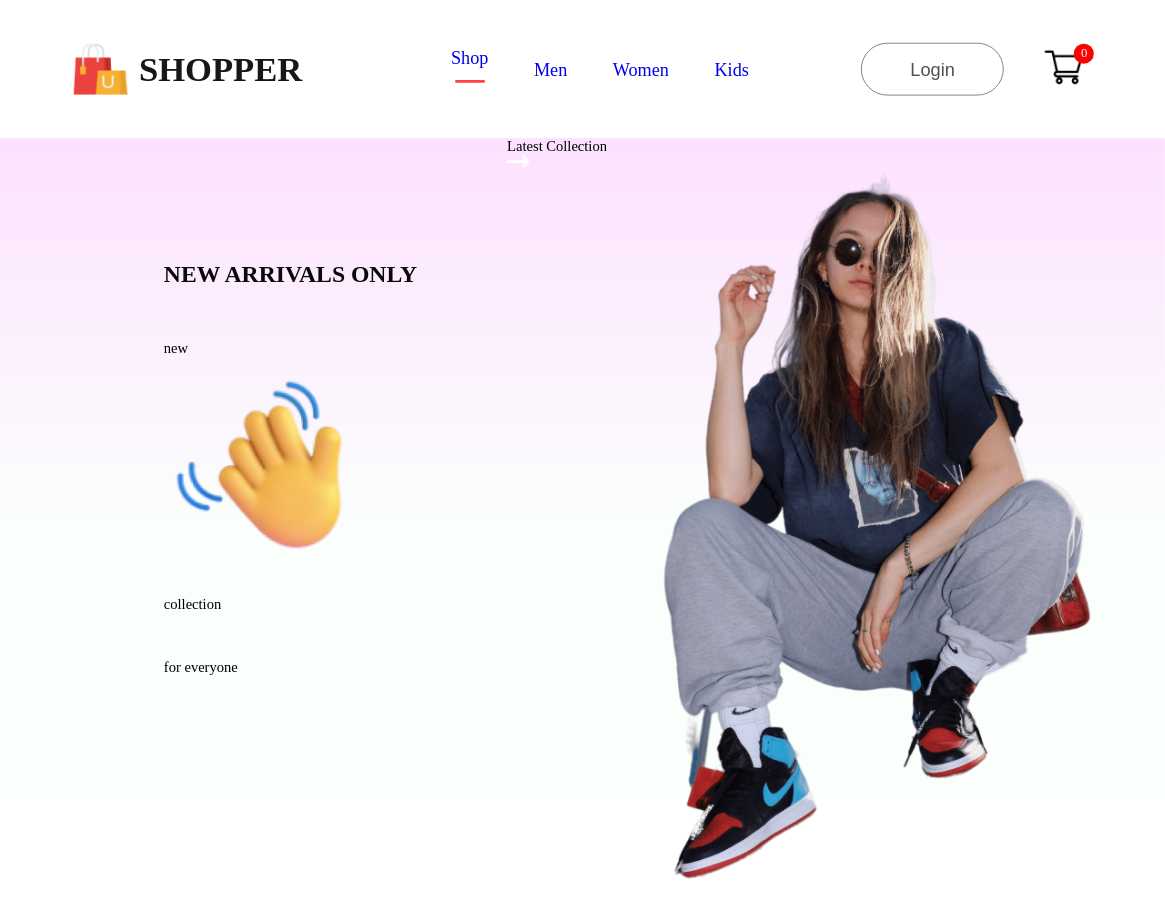
Repository: Ego-Wolf/Deploy-Reactjs-Websites
Page: /
These files come from the project's save history. The page is drawn as it stood at one moment and after the next save; the edit follows.
The browser window is 1280 px wide. The pictures show the whole page, at 91% of full size.
The project was rebuilt for these pictures with package versions that can differ from the ones it lists, and the page was loaded fresh each time. Also part of the build but not shown: src/App.css, src/Pages/ShopCategory.jsx, src/Pages/Product.jsx, src/Pages/LoginSignup.jsx. Imported but missing from the stored project, and not drawn on this page: src/Pages/Cart.

Above is the page before, as saved 2023-11-17 19:26:54.

### public/index.html
<!DOCTYPE html>
<html lang="en">
  <head>
    <meta charset="utf-8" />
    <link rel="icon" href="%PUBLIC_URL%/favicon.ico" />
    <meta name="viewport" content="width=device-width, initial-scale=1" />
    <meta name="theme-color" content="#000000" />
    <meta
      name="description"
      content="Web site created using create-react-app"
    />
    <link rel="apple-touch-icon" href="%PUBLIC_URL%/logo192.png" />
    <!--
      manifest.json provides metadata used when your web app is installed on a
      user's mobile device or desktop. See https://developers.google.com/web/fundamentals/web-app-manifest/
    -->
    <link rel="manifest" href="%PUBLIC_URL%/manifest.json" />

    <!--
      Notice the use of %PUBLIC_URL% in the tags above.
      It will be replaced with the URL of the `public` folder during the build.
      Only files inside the `public` folder can be referenced from the HTML.

      Unlike "/favicon.ico" or "favicon.ico", "%PUBLIC_URL%/favicon.ico" will
      work correctly both with client-side routing and a non-root public URL.
      Learn how to configure a non-root public URL by running `npm run build`.
    -->
    <title>E-Commerce</title>
  </head>
  <body>
    <noscript>You need to enable JavaScript to run this app.</noscript>
    <div id="root"></div>
    <!--
      This HTML file is a template.
      If you open it directly in the browser, you will see an empty page.

      You can add webfonts, meta tags, or analytics to this file.
      The build step will place the bundled scripts into the <body> tag.

      To begin the development, run `npm start` or `yarn start`.
      To create a production bundle, use `npm run build` or `yarn build`.
    -->
  </body>
</html>

### src/App.js
import './App.css';
import { Navbar } from './Components/Navbar/Navbar';
import { BrowserRouter, Routes, Route } from 'react-router-dom';
import Shop from './Pages/Shop';
import ShopCategory  from './Pages/ShopCategory';
import Product from './Pages/Product';
import Cart from './Pages/Cart';
import LoginSignup from './Pages/LoginSignup';


function App() {
  return (
    <div>
      <BrowserRouter>
      <Navbar/>
      <Routes>
        <Route path='/' element={<Shop/>}/>
        <Route path='/mens' element={<ShopCategory category="mens"/>}/>
        <Route path='/womens' element={<ShopCategory category="women"/>}/>
        <Route path='/kids' element={<ShopCategory category="kids"/>}/>
        <Route path="product" element={<Product/>}>
          <Route path='"productId' element={<Product/>}/>
        </Route>
        <Route path='/cart' element={<Cart/>}/>
        <Route path='/login' element={<LoginSignup/>}/>

      </Routes>
      </BrowserRouter>
    </div>
  );
}

export default App;

### src/Components/Navbar/Navbar.jsx
import React, {useState} from 'react'
import './Navbar.css'
import logo from '../Assets/logo.png'
import cart_icon from '../Assets/cart_icon.png'
import { Link } from 'react-router-dom'

export const Navbar = () => {
    const [menu,setMenu] = useState("shop");

  return (
    <div className='navbar'>
        <div className="nav-logo">
            <img src={logo} alt="" />
            <p>SHOPPER</p>
        </div>
        <ul className="nav-menu">
            <li onClick={()=>{setMenu("shop")}}><Link style={{textDecoration: 'none'}} to='/'>Shop</Link>{menu==="shop"?<hr/>:<></>}</li>
            <li onClick={()=>{setMenu("mens")}}><Link style={{textDecoration: 'none'}} to='/mens'>Men</Link>{menu==="mens"?<hr/>:<></>}</li>
            <li onClick={()=>{setMenu("womens")}}><Link style={{textDecoration: 'none'}} to='/womens'>Women</Link>{menu==="womens"?<hr/>:<></>}</li>
            <li onClick={()=>{setMenu("kids")}}><Link style={{textDecoration: 'none'}} to='/kids'>Kids</Link>{menu==="kids"?<hr/>:<></>}</li>
        </ul>
        <div className="nav-login-cart">
            <Link to='/login'><button>Login</button></Link>
            <Link to='/cart'><img src={cart_icon} alt="" /></Link>
            <div className="nav-cart-count">0</div>
        </div>
    </div>
  )
}

### src/Pages/Shop.jsx
// In Shop.js
import React from 'react';
import Hero from '../Components/Hero/Hero';

const Shop = () => {
  return <div>
    <Hero/>
  </div>;
};

export default Shop;

### src/Components/Navbar/Navbar.css
.navbar {
    display: flex;
    justify-content: space-around;
    padding: 16px;
    box-shadow: 0 1px 3px -2px black;
}

.nav-logo {
    display: flex;
    align-items: center;
    gap: 10px;
}

.nav-logo p {
    color: #171717;
    font-size: 38px;
    font-weight: 600;
}

.nav-menu {
    display: flex;
    align-items: center;
    list-style: none;
    gap: 50px;
    color: #626262;
    font-size: 20px;
    font-weight: 500;
}

.nav-menu li {
    display: flex;
    flex-direction: column;
    align-items: center;
    justify-content: center;
    gap: 3px;
    cursor: pointer;
}

.nav-menu hr {
    border: none;
    width: 80%;
    height: 3px;
    border-radius: 10px;
    background: #ff4141;
}

.nav-login-cart {
    display: flex;
    align-items: center;
    gap: 45px;
}

.nav-login-cart button {
    width: 157px;
    height: 58px;
    outline: none;
    border: 1px solid #7a7a7a;
    border-radius: 75px;
    color: #515151;
    font-size: 20px;
    font-weight: 500;
    background: white;
    cursor: pointer;
}

.nav-login-cart button:active {
    background: #f3f3f3;
}

.nav-cart-count {
    width: 22px;
    height: 22px;
    display: flex;
    justify-content: center;
    align-items: center;
    margin-top: -35px;
    margin-left: -55px;
    border-radius: 11px;
    font-size: 14px;
    background: red;
    color: white;
}

### src/Components/Hero/Hero.jsx
import React from 'react'
import './Hero.css'
import hand_icon from '../Assets/hand_icon.png'
import arrow_icon from '../Assets/arrow.png'
import hero_image from '../Assets/hero_image.png'


const Hero = () => {
  return (
    <div className='hero'>
      <div className="hero-left">
        <h2>NEW ARRIVALS ONLY</h2>
        <div className="hand-hand-icon">
          <p>new</p>
          <img src={hand_icon} alt="" />
        </div>
        <p>collection</p>
        <p>for everyone</p>
      </div>
      <div className="hero-laster-btn">
        <div>Latest Collection</div>
        <img src={arrow_icon} alt="" />
      </div>
      <div className="hero-right">
        <img src={hero_image} alt="" />
      </div>
    </div>
  )
}

export default Hero

### src/Components/Hero/Hero.css
.hero {
    height: 100vh;
    background: linear-gradient(180deg, #fde1ff, #e1ffea22 60%);
    display: flex;
}

.hero-left {
    flex: 1;
    display: flex;
    flex-direction: column;
    justify-content: center;
    gap: 20px;
    padding-left: 180px;
    line-height: 1.1;
}

.hero-left h2 {
    color:#090909;
    font-size: 26px;
    font-weight: 600;
}

.hero-left p {
    color:
}

Loaded but not shown: src/index.js (common file); src/index.css (common file); src/reportWebVitals.js (common file)

After the next save:
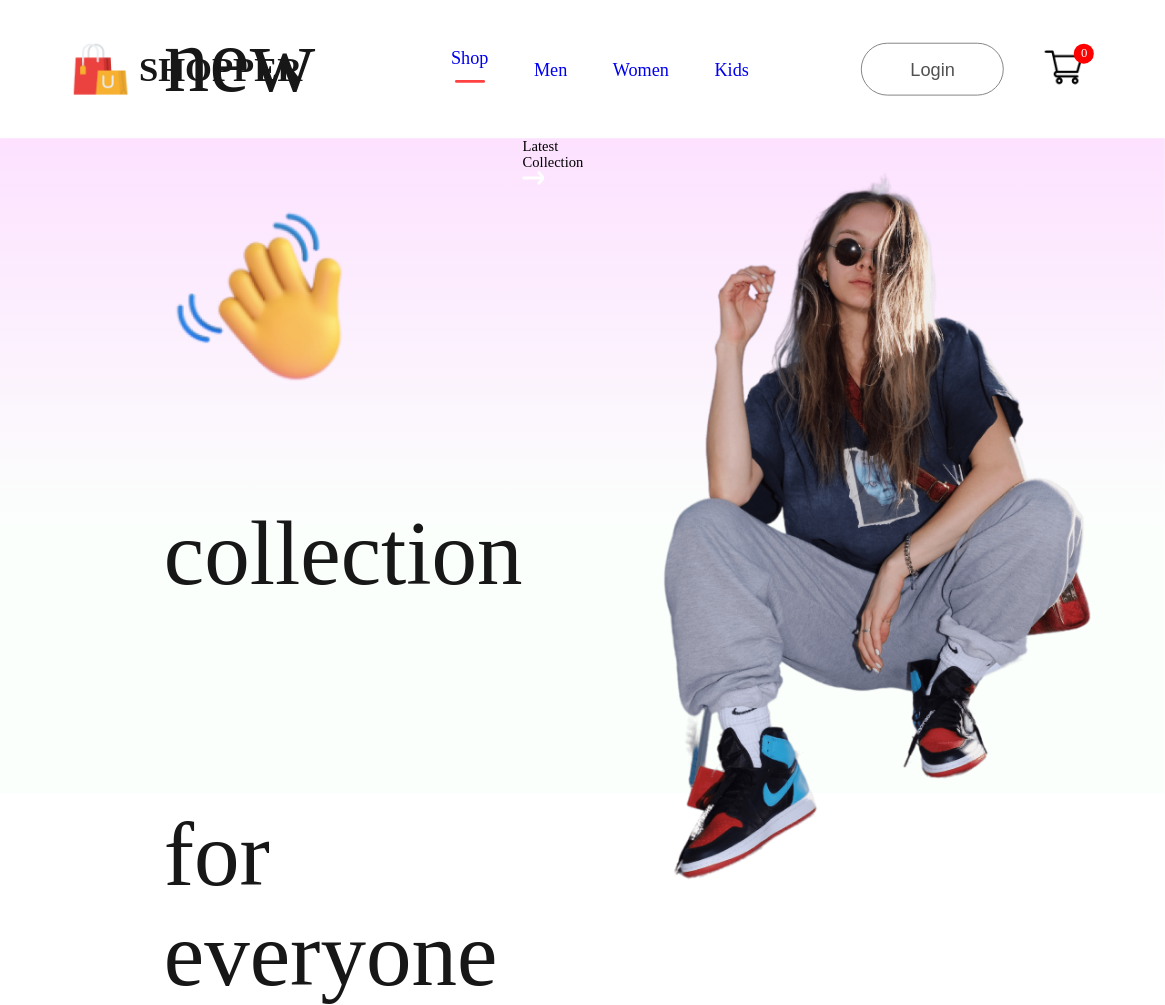
Saved 7 s later.
--- a/src/Components/Hero/Hero.css
+++ b/src/Components/Hero/Hero.css
@@ -21,5 +21,7 @@
 }
 
 .hero-left p {
-    color:
+    color: #171717;
+    font-size: 100px;
+
 }
